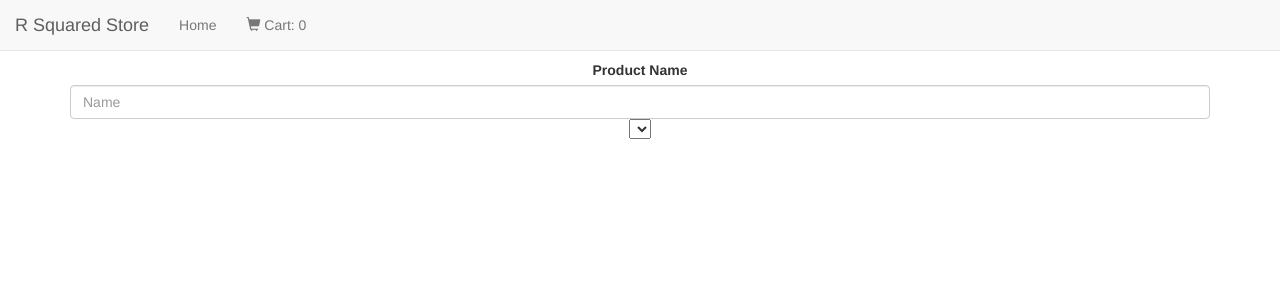
Repository: granolavsraosins/CST336
Page: http://localhost/
The author's editor kept a record of every edit. The page is drawn from the files as they stood at one moment, then again after the next edit.
The browser window is 1280 px wide. The pictures show the whole page.
Some web libraries are served in a nearby version. The page is run by PHP 8.4 with error messages shown; the project is at /var/www/html/.

Above is the page before.

After the next edit:
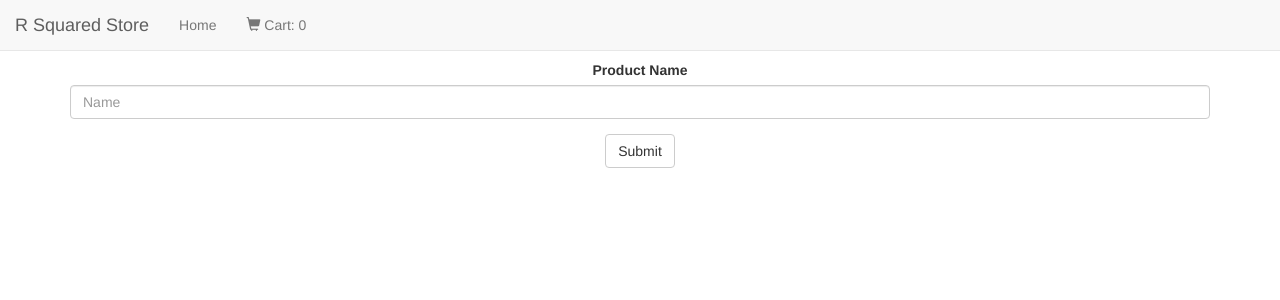
The edit:
--- a/rramirezlab4/index.php
+++ b/rramirezlab4/index.php
@@ -74,19 +74,6 @@
                 <div class="form-group">
                     <label for="pName">Product Name</label>
                     <input type="text" class="form-control" name="query" id="pName" placeholder="Name">
-                    <select name="category">
-                        <?php echo getCategoriesHTML(); ?>
-                    </select>
-                    <br/>
-                    Price:
-                    From: <input type="text" name="price-from" />
-                    To: <input type="text" name="price-to" />
-                    <br/>
-                    Order Results by:
-                    <input type="radio" name="ordering" value="product"> Product
-                    <input type="radio" name="ordering" value="price"> Price
-                    <br/>
-                    <input name="show-images" type="checkbox"> Display images
                 </div>
                 <input type="submit" name="search-submitted" value="Submit" class="btn btn-default">
                 <br /><br />
